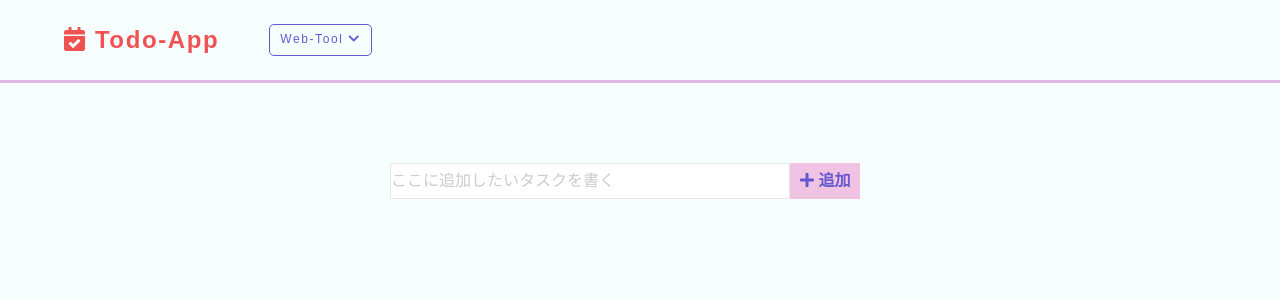
Repository: Hiroshii-m/todo_vue
Page: index.html
An editor plug-in stored every save of this project. The page is shown before and after the next save, followed by the edit.
The browser window is 1280 px wide. The pictures show the whole page.
The style sheet was rebuilt from its Sass, Less or Tailwind sources for each picture, by a compiler version that may differ from the author's.

Above is the page before, as saved 2021-06-26 18:19:19.

After the next save:
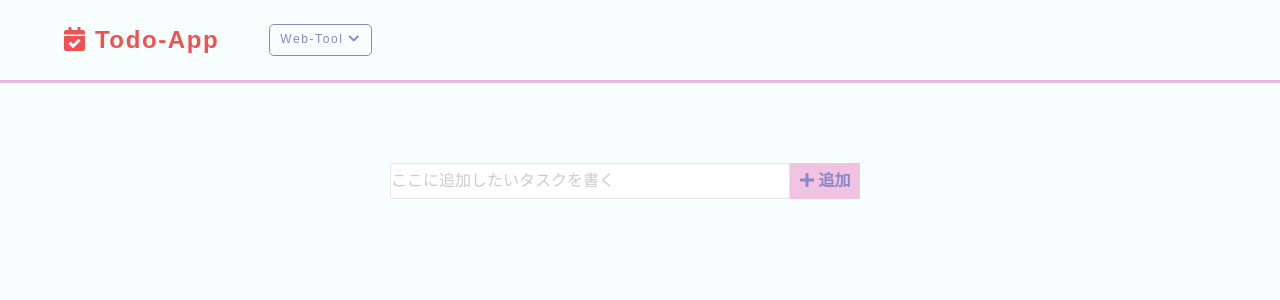
Saved 5 s later.
--- a/src/scss/foundation/_variables.scss
+++ b/src/scss/foundation/_variables.scss
@@ -1,5 +1,5 @@
 :root {
-    --font-color_default: #6459ce;
+    --font-color_default: #8c86c2;
     --color_base: #F7FFFE;
     --color_accent: #E3B6E5;
     --color_green: #C3E8C7;
